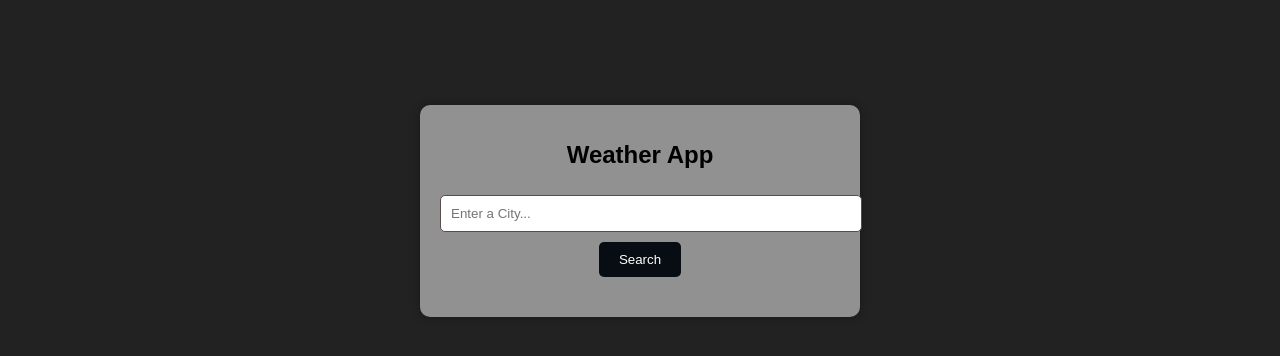
Repository: Dharshinimk-521/weather-app
Page: index.html
These files come from the project's save history. The page is drawn as it stood at one moment and after the next save; the edit follows.
The browser window is 1280 px wide. The pictures show the whole page.

Above is the page before, as saved 2026-04-18 17:23:37.

After the next save:
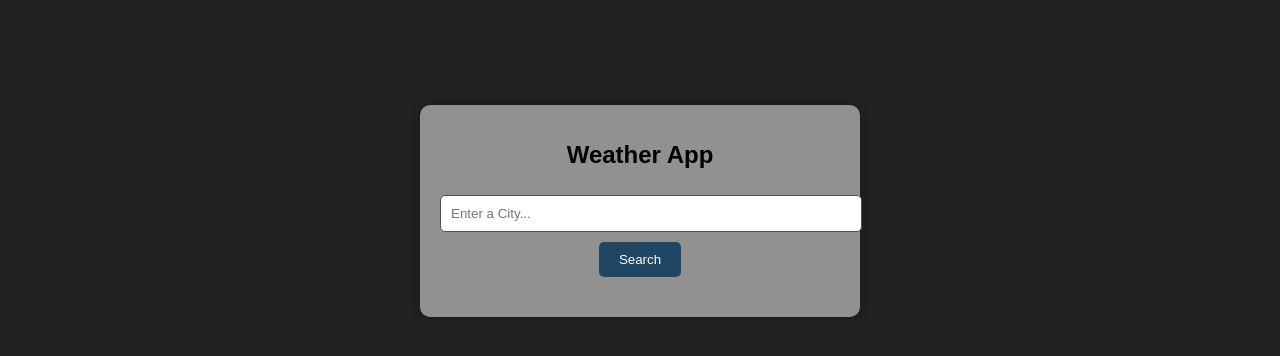
Saved 6 s later.
--- a/style.css
+++ b/style.css
@@ -27,7 +27,7 @@ input[type="text"] {
 }
 
 button {
-    background-color: #070d12;
+    background-color: #214664;
     color: #fff;
     border: none;
     padding: 10px 20px;
